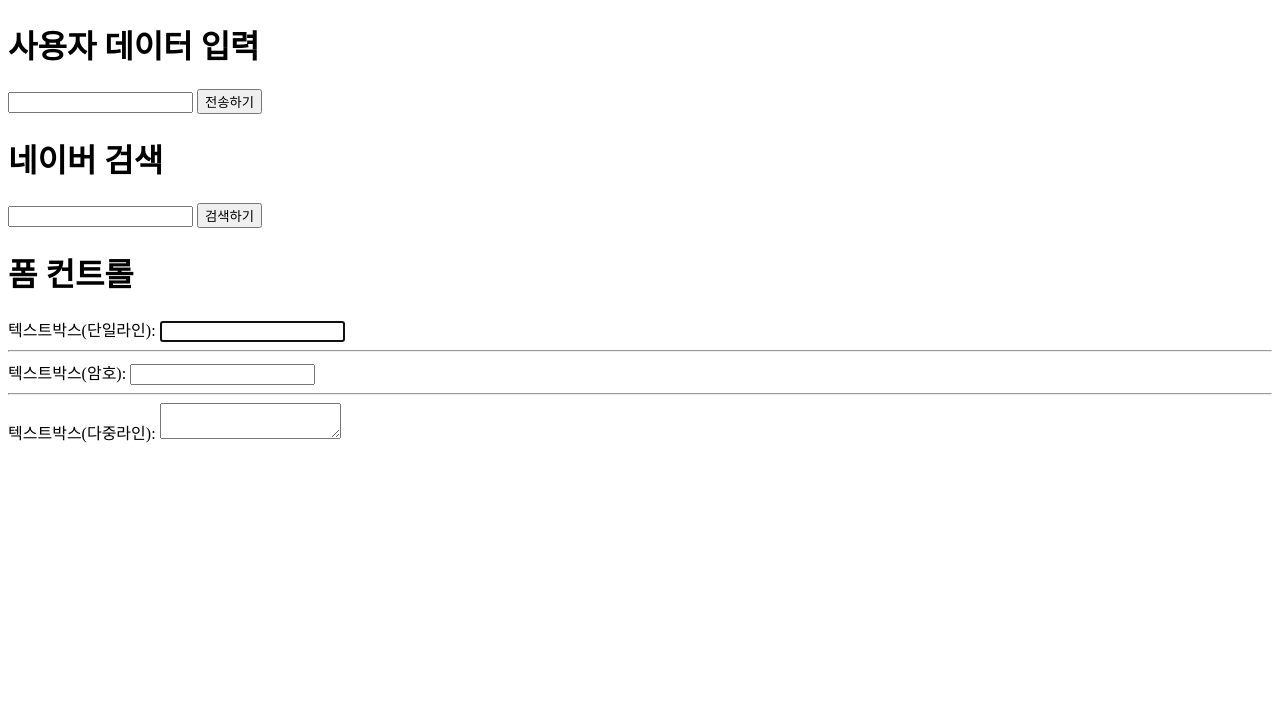
Repository: chanjin5212/Full-Stack-study
Page: client/ClientTest/src/main/webapp/html/ex18_form.html
These files come from the project's save history. The page is drawn as it stood at one moment and after the next save; the edit follows.
The browser window is 1280 px wide. The pictures show the whole page.

Above is the page before, as saved 2022-05-25 01:37:44.

### client/ClientTest/src/main/webapp/html/ex18_form.html
<!DOCTYPE html>
<html>
<head>
<meta charset="UTF-8">
<title>Insert title here</title>
</head>
<body>
	<!-- ex18_form.html -->

	<!--

		폼, Form
		- 입력 양식, 입력 컨트롤
		- 클라이언트(사용자)로부터 입력장치(키보드, 마우스, 터치 등..)을 통해서 데이터를 입력받는 역할
		- 입력 데이터 > 서버로 전송!!! > 업무 활용 or 데이터베이스 저장 등..
		ex) 텍스트 박스, 버튼, 체크 박스, 라디오 버튼 등..
		- <form>
		- <form>의 자식 태그들..

		<form>
		- 모든 컨트롤을 감싸는 컨테이너
		- 스스로 랜더링 결과를 생성하지 않는다.
		- 입력한 값을 서버로 전송하는 역할(******)

		form.method
		- 데이터를 보내는 방식
		1. GET
			- http://localhost:8090/client/html/ex18.jsp?txtName=hong
			- ?txtName=hong 추가
			- 물건을 송장에 붙여서 보내는 방식
			- 전송되는 데이터가 노출(주소창) > 보안 X
			- URL에 붙여서 넘기는 방식 > URL(256자 제한) > Overflow > 65536 바이트
			- 짧은 데이터 전용
			- 보내는 데이터 형식 > 숫자 or 영문자
			- URL 형식 > 한글 허용 X > 인코딩


		2. POST
			- http://localhost:8090/client/html/ex18.jsp
			- 물건을 상자안에 담아서 보내는 방식
			- 전송되는 데이터가 노출 안됨 > 보안 O
			- 전송 길이 무제한
			- 보내는 데이터 모든 종류 가능

		form.action
		- 데이터를 수신할 서버측 주소(URL)
		- 택배 > 받는 사람 주소
		- 서버측 동작하고 있는 프로그램 주소 > 아파치 톰캣의 주소 + 그안에서 동작중인 자바 프로그램(Servlet,JSP,Spring)

	 -->

	 <h1>사용자 데이터 입력</h1>

	<form method="POST" action="ex18.jsp">
		<input type="text" name="txtName" autocomplete="off">
		<input type="submit" value="전송하기">
	</form>


	 <h1>네이버 검색</h1>


	 <!-- OpenAPI -->

	 <form action="https://search.naver.com/search.naver" method="GET">
	 	<input type="text" name="query">
	 	<input type="submit" value="검색하기">
	 </form>

	 <!--
	 	<input>
	 	- 인라인 태그
	 	- 단독 태그
	 	- input.type: 입력 컨트롤 종류 지정
	 	- input.name: 식별자. HTML에서 사용
	 	- input.id: 식별자. CSS, JavaScript에서 사용
	 	- input.class: 식별자. CSS, JavaScript에서 사용
	 	- input.size: 길이(문자 개수)
	 	- input.maxlength: 최대 입력 길이(문자 개수) + 유효성 검사
	 	- input.value: 컨트롤의 입력값(현재 입력값)
	 	- input.readonly: 읽기 전용(전원 ON) > 서버 전송 가능
	 	- input.disabled: 비활성화(전원 OFF) > 서버 전송 불가능
	 	- input.accesskey: 바로가기(Alt + 조합키)
	 	- input.autofocus: 자동 포커스
	 	- input.autocomplete: 자동 완성 끄기

	  -->

	 <h1>폼 컨트롤</h1>

	 <form>
	 	텍스트박스(단일라인):
	 	<input type="text" name="txt1" id="txt1" class="txt" size="20" maxlength="5" accesskey="s" autofocus>

	 <hr>

	 <!--
	 	암호 상자, Masked Text Box
	 	- 모든 속성이 텍스트 박스와 동일
	 	- 단, value 속성은 사용 금지!!!
	  -->
	 텍스트박스(암호):
	 <input type="password">
	 <hr>

	 <!--
	 	텍스트 박스(다중라인)
	 	- <textarea>
	 	- 쌍태그
	  -->
	  텍스트박스(다중라인):
	  <textarea></textarea>
	 </form>



	 <br><br><br><br><br><br><br><br><br><br><br><br><br>
</body>
</html>

After the next save:
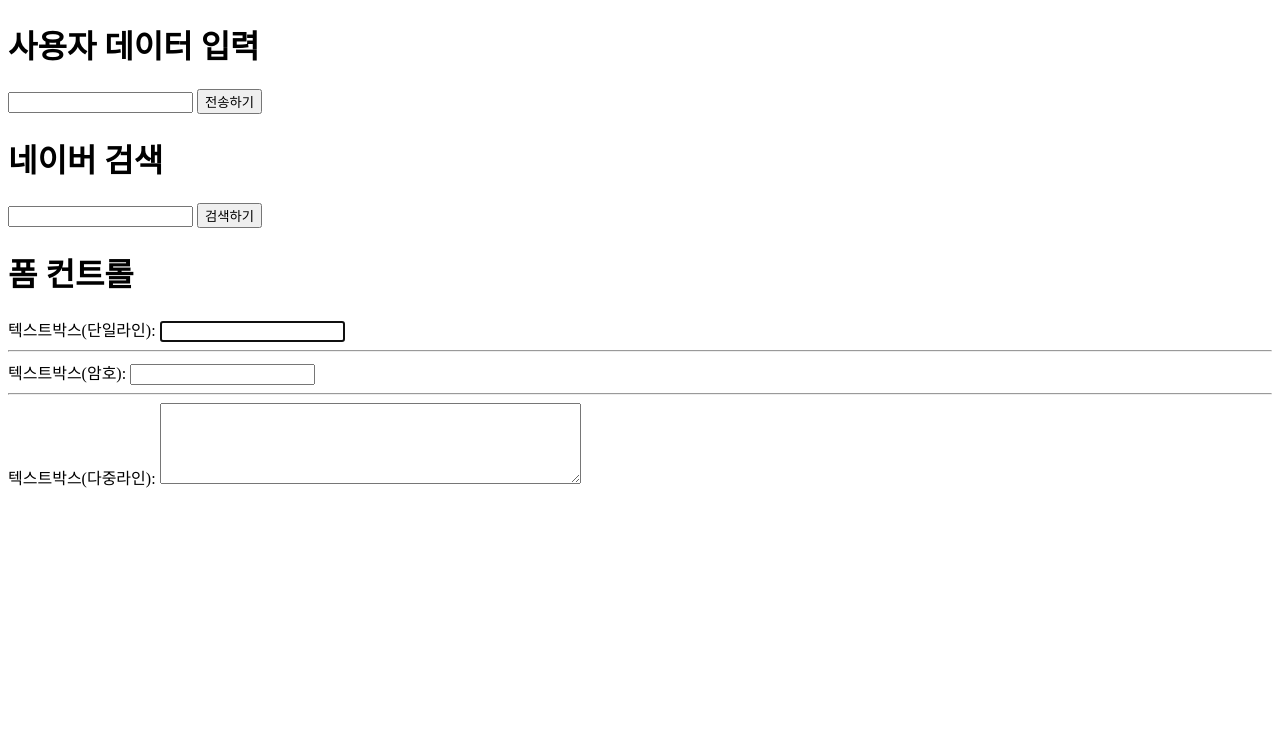
Saved 36 s later.
--- a/client/ClientTest/src/main/webapp/html/ex18_form.html
+++ b/client/ClientTest/src/main/webapp/html/ex18_form.html
@@ -109,7 +109,7 @@
 	 	- 쌍태그
 	  -->
 	  텍스트박스(다중라인):
-	  <textarea></textarea>
+	  <textarea cols="50" rows="5"></textarea>
 	 </form>
 
 
